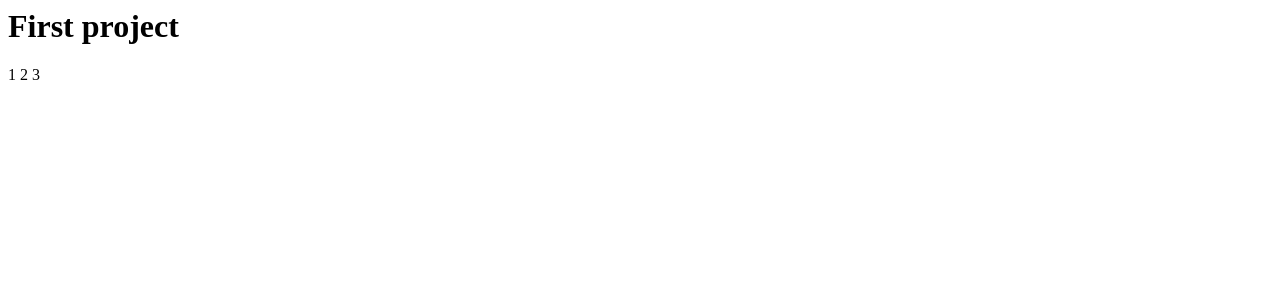
Repository: ZubaerAhmed/2-Corona-virus-eclipse-workspace
Page: http://localhost/CoronaVirus/First.jsp
The author's editor kept a copy of each file at every save. The page is drawn from the files as they stood at one save, then again after the next save.
The browser window is 1280 px wide. The pictures show the whole page.
The page is served by Tomcat 9.

Above is the page before, as saved 2020-04-01 15:22:19.

After the next save:
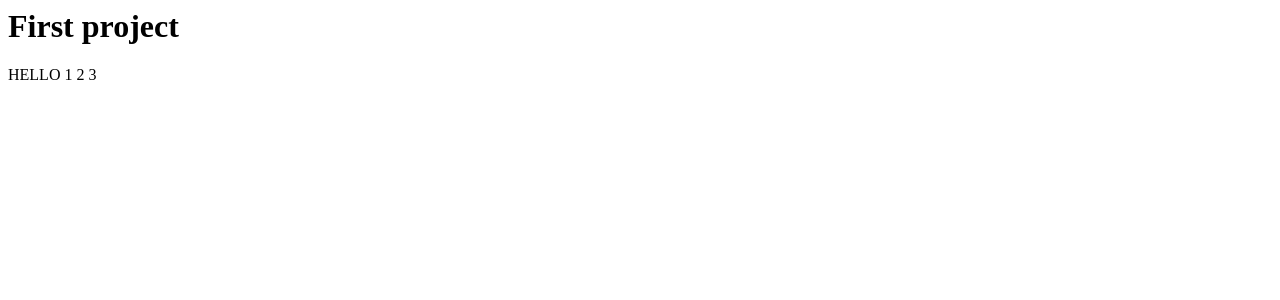
Saved 6 min 51 s later.
--- a/CoronaVirus/WebContent/First.jsp
+++ b/CoronaVirus/WebContent/First.jsp
@@ -3,11 +3,14 @@
 <body>
 
 	<h1>First project</h1>
-
+	<%= new String("Hello").toUpperCase() %>
+	<%-- ************************8 --%>
 	<%
 		for(int i=1; i<4; i++){
 			out.println(i);
 		}
 	%>
+
+
 </body>
 </html>

After the 3 saves that followed:
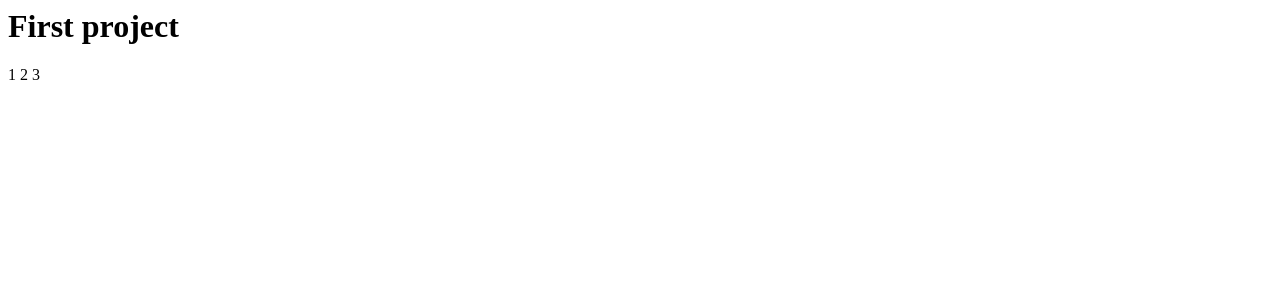
The 3 saves are shown as one change because 2 left the picture as it was.
The last was saved 4 min 58 s later.
--- a/CoronaVirus/WebContent/First.jsp
+++ b/CoronaVirus/WebContent/First.jsp
@@ -3,8 +3,8 @@
 <body>
 
 	<h1>First project</h1>
-	<%= new String("Hello").toUpperCase() %>
-	<%-- ************************8 --%>
+
+
 	<%
 		for(int i=1; i<4; i++){
 			out.println(i);
